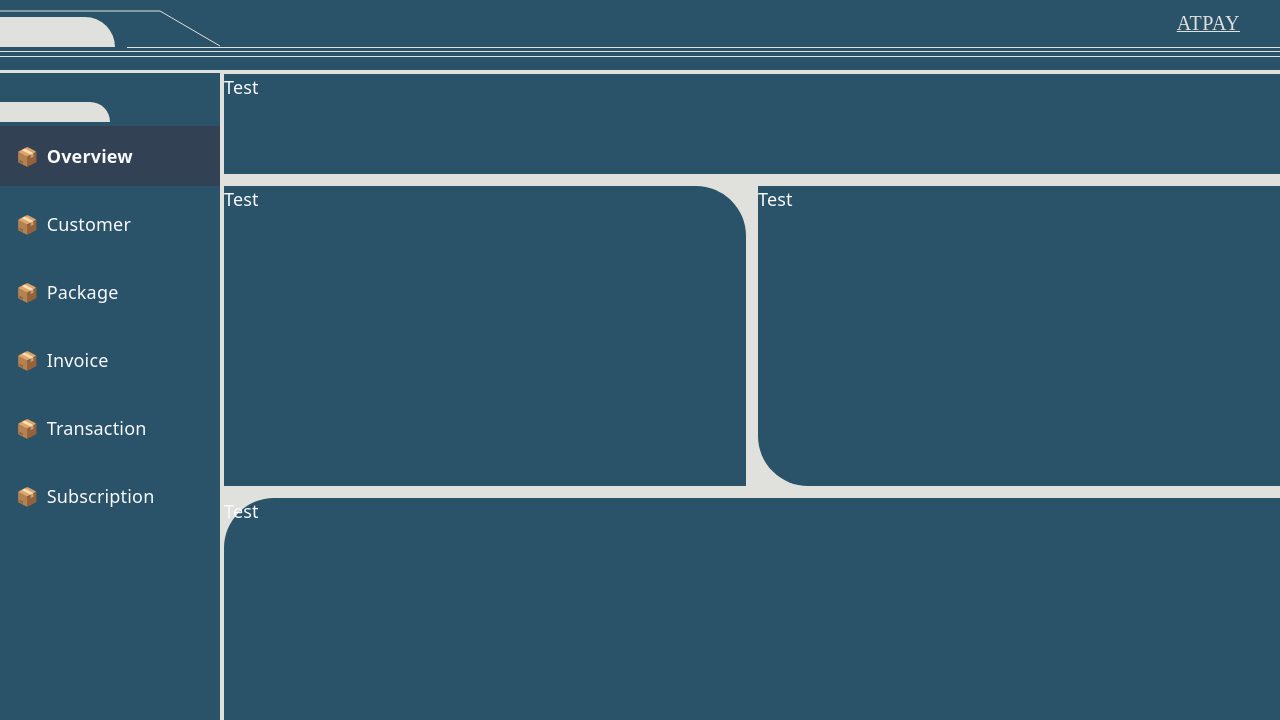
Repository: Farazdaq/stripe-payment-integration
Page: /dashboard (app in stripe-integration-react-dashboard/)
An editor plug-in stored every save of this project. The page is shown before and after the next save, followed by the edit.
The browser window is 1280 px wide. The pictures show the whole page.
An inner scrolling area shows only its first screen. Some web fonts or font styles are not loaded; a fallback is used. The project was rebuilt for these pictures with package versions that can differ from the ones it lists, and the page was loaded fresh each time. Also part of the build but not shown: stripe-integration-react-dashboard/vite.config.ts, stripe-integration-react-dashboard/src/App.css, stripe-integration-react-dashboard/src/features/dashboard/pages/Customer.tsx, stripe-integration-react-dashboard/src/features/dashboard/pages/Package.tsx, stripe-integration-react-dashboard/src/features/dashboard/pages/Invoice.tsx, stripe-integration-react-dashboard/src/features/dashboard/pages/Transaction.tsx, stripe-integration-react-dashboard/src/features/dashboard/pages/Subscription.tsx.

Above is the page before, as saved 2026-05-12 17:16:36.

After the next save:
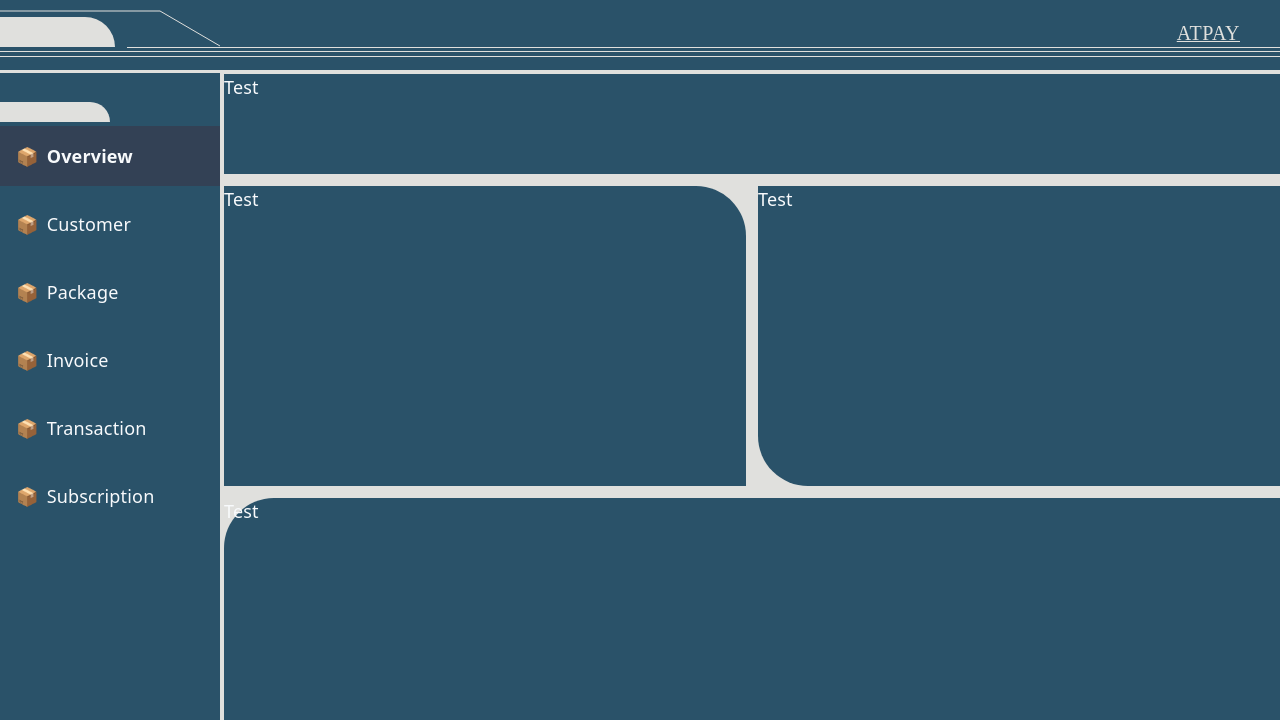
Saved 7 s later.
--- a/stripe-integration-react-dashboard/src/features/dashboard/layout/Navbar.tsx
+++ b/stripe-integration-react-dashboard/src/features/dashboard/layout/Navbar.tsx
@@ -17,7 +17,7 @@ export default function Navbar() {
     >
       {/* Title */}
       <p
-        className="absolute right-10 top-5.5 text-[20px] underline underline-offset-1 decoration-[1px] tracking-wide font-['Chonburi']"
+        className="absolute right-10 top-5 text-[20px] underline underline-offset-1 decoration-[1px] tracking-wide font-['Chonburi']"
         style={{ color: "#E0E0DD" }}
       >
         ATPAY
